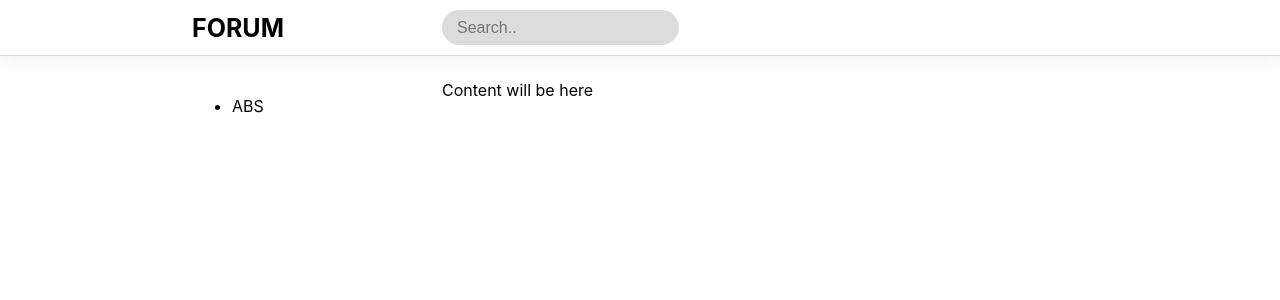
Repository: ChathurangaCPM/developer-forum
Page: / (app in client/)
These files come from the project's save history. The page is drawn as it stood at one moment and after the next save; the edit follows.
The browser window is 1280 px wide. The pictures show the whole page.
The project was rebuilt for these pictures with package versions that can differ from the ones it lists, and the page was loaded fresh each time.

Above is the page before, as saved 2022-05-09 21:00:17.

### client/public/index.html
<!DOCTYPE html>
<html lang="en">
  <head>
    <meta charset="utf-8" />
    <link rel="icon" href="%PUBLIC_URL%/favicon.ico" />
    <meta name="viewport" content="width=device-width, initial-scale=1" />
    <meta name="theme-color" content="#000000" />
    <meta
      name="description"
      content="Web site created using create-react-app"
    />
    <link rel="apple-touch-icon" href="%PUBLIC_URL%/logo192.png" />
    <link rel="manifest" href="%PUBLIC_URL%/manifest.json" />

    <title>React App</title>
  </head>
  <body>
    <noscript>You need to enable JavaScript to run this app.</noscript>
    <div id="root"></div>

  </body>
</html>

### client/src/App.js
import MainHeader from "./components/MainHeader/MainHeader";
import SideBar from "./components/SideBar/SideBar";
import './App.min.css';

function App() {
	return (
		<div className="main_wrapper">
			<MainHeader/>
			<div className="wrap_inner_data">
				<div className="side_bar">
					<SideBar/>
				</div>
				<div className="main_content_area">
					Content will be here
				</div>
			</div>
		</div>
	);
}

export default App;

### client/src/components/MainHeader/MainHeader.js
import React from 'react';
import { Link } from 'react-router-dom';
import '../../scss/componets/MainHeader/MainHeader.min.css';

function MainHeader() {
	return (
		<div className="main_header">
			<div className="wrap_middle">

				<div className="main_logo">
					<span>FORUM</span>
				</div>


				<div className="search_form">
					<form method="">
						<input type="search" placeholder="Search.."/>
					</form>
				</div>
			</div>
		</div>
	);
}

export default MainHeader;

### client/src/components/SideBar/SideBar.js
function SideBar() {
	return (
		<div className="main_sidebar_wrapper">
			<div className="menu_area">
                <ul>
                    <li>ABS</li>
                </ul>
            </div>
		</div>
	);
}

export default SideBar;

### client/src/App.min.css
:root{--primary-color: rgb(30, 17, 103);--secondary-color: #ddd;--border-color: #dcdcdc}.main_wrapper{padding-top:80px}.main_wrapper .wrap_inner_data{display:-webkit-box;display:-ms-flexbox;display:flex;-ms-flex-wrap:wrap;flex-wrap:wrap;max-width:70%;margin:0 auto}.main_wrapper .wrap_inner_data .side_bar{width:250px}.main_wrapper .wrap_inner_data .main_content_area{width:calc(100% - 250px)}img{width:100%}

### client/src/scss/componets/MainHeader/MainHeader.min.css
.main_header{padding:10px 0;border-bottom:1px solid var(--border-color);-webkit-box-shadow:0px 4px 20px 0px rgba(0,0,0,0.06);box-shadow:0px 4px 20px 0px rgba(0,0,0,0.06);position:fixed;top:0;width:100%;z-index:10px;background:#fff}.main_header .wrap_middle{max-width:70%;margin:0 auto;display:-webkit-box;display:-ms-flexbox;display:flex;-webkit-box-align:center;-ms-flex-align:center;align-items:center}.main_header .wrap_middle .main_logo{width:250px}.main_header .wrap_middle .main_logo span{font-size:25px;font-weight:bold;text-transform:uppercase}.main_header .wrap_middle .search_form{width:calc(100% - 500px)}.main_header .wrap_middle .search_form input{border:none;font-size:16px;line-height:16px;height:35px;border-radius:20px;outline:none;background:var(--border-color);padding:0 15px}.main_header .wrap_middle .user_pro{width:250px;display:-webkit-box;display:-ms-flexbox;display:flex;-webkit-box-align:center;-ms-flex-align:center;align-items:center;-webkit-box-pack:end;-ms-flex-pack:end;justify-content:flex-end}.main_header .wrap_middle .user_pro img{width:40px;height:40px;border-radius:100%;overflow:hidden}.main_header .wrap_middle .user_pro span{padding-left:10px;font-weight:500}

Loaded but not shown: client/src/index.js (common file); client/src/index.css (common file); client/src/reportWebVitals.js (common file)

After the next save:
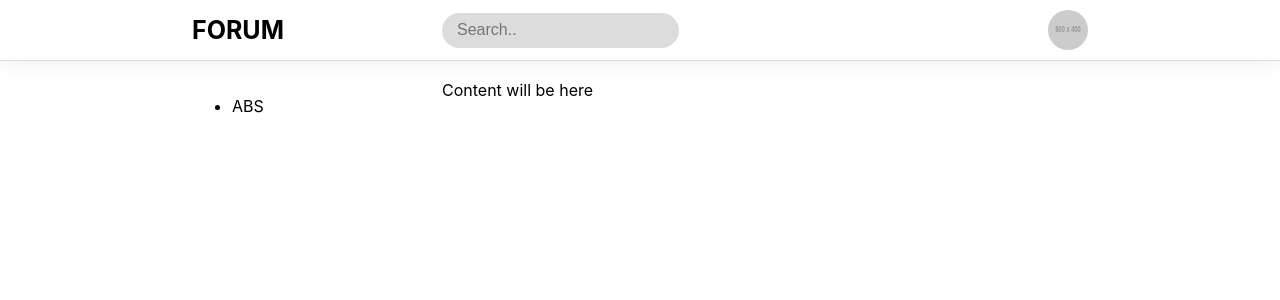
Saved 70 s later.
--- a/client/src/components/MainHeader/MainHeader.js
+++ b/client/src/components/MainHeader/MainHeader.js
@@ -17,6 +17,10 @@ function MainHeader() {
 						<input type="search" placeholder="Search.."/>
 					</form>
 				</div>
+
+				<div className='user_pro'>
+					<img src='//dummyimage.com/600x400/000/fff'/>
+				</div>
 			</div>
 		</div>
 	);
